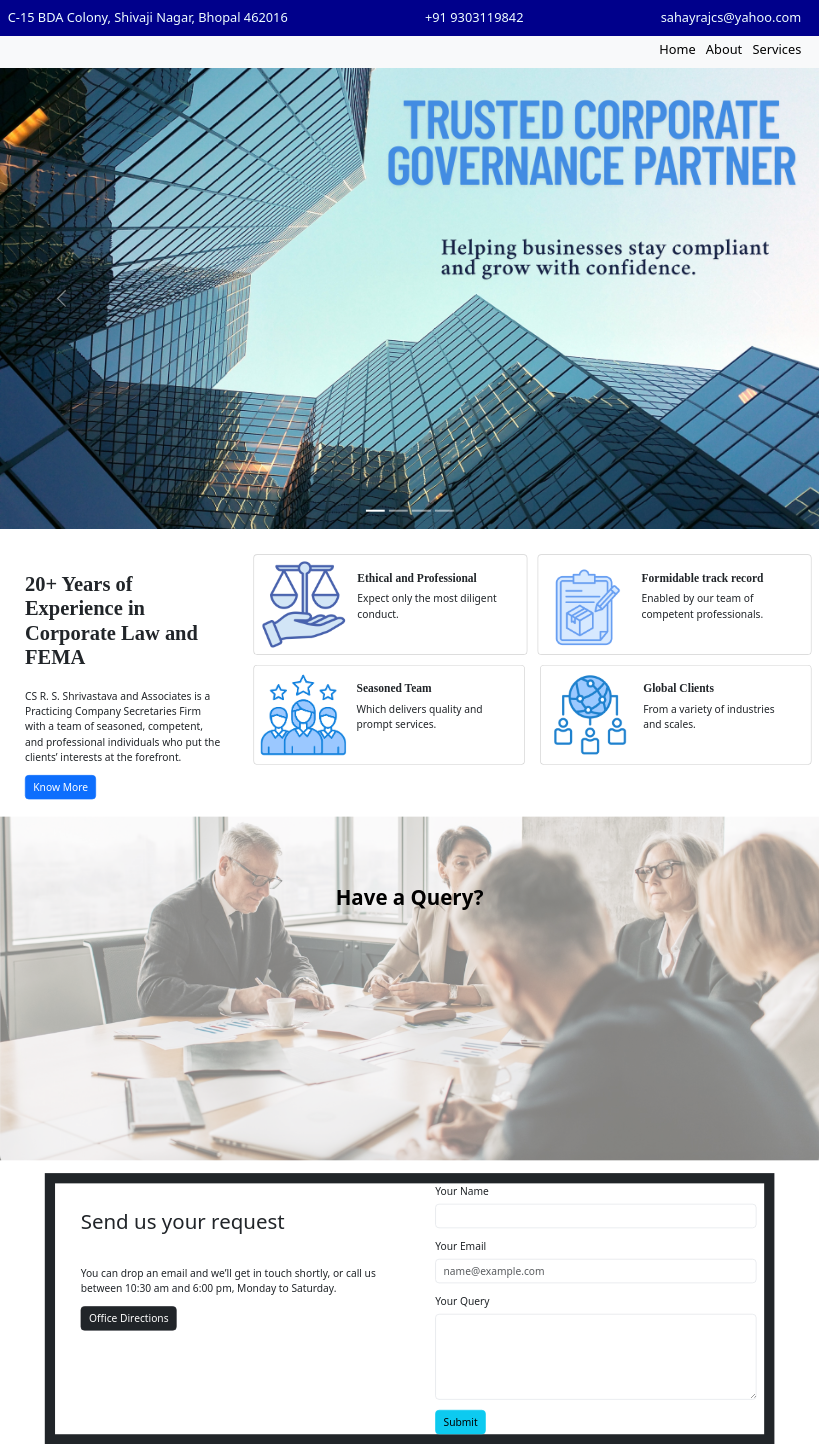
Repository: aayushiss/CS-RSS
Page: index.html
The author's editor kept a copy of each file at every save. The page is drawn from the files as they stood at one save, then again after the next save.
The browser window is 1280 px wide. The pictures show the whole page, at 64% of full size.

Above is the page before, as saved 2025-05-15 19:15:56.

### index.html
<!DOCTYPE html>
<html lang="en">

<head>
  <meta charset="UTF-8">
  <meta name="viewport" content="width=device-width, initial-scale=1.0">
  <title>R. S. Shrivastava</title>
  <link href="https://cdn.jsdelivr.net/npm/bootstrap@5.3.3/dist/css/bootstrap.min.css" rel="stylesheet"
    integrity="sha384-QWTKZyjpPEjISv5WaRU9OFeRpok6YctnYmDr5pNlyT2bRjXh0JMhjY6hW+ALEwIH" crossorigin="anonymous">
  <link rel="stylesheet" type="text/css" href="style.css">
</head>

<body>
  <nav class="navbar fixed-top custom-navbar">
    <div class="container-fluid d-flex justify-content-between">
      <a class="navbar-brand"
        href="https://www.google.com/maps/place/R+S+SHRIVASTAVA+%26+ASSOCIATES/@23.2288499,77.4244091,17z/data=!3m1!4b1!4m6!3m5!1s0x397c425fada83073:0xcb1e8ba90a487f4e!8m2!3d23.228845!4d77.426984!16s%2Fg%2F1td0r8v9?entry=ttu&g_ep=EgoyMDI1MDUxMi4wIKXMDSoASAFQAw%3D%3D"
        target="_blank">C-15 BDA Colony, Shivaji Nagar, Bhopal 462016</a>
      <a class="navbar-brand" href="" tel:+919303119842"">+91 9303119842</a>
      <a class="navbar-brand" href="mailto:sahayrajcs@yahoo.com">sahayrajcs@yahoo.com</a>
    </div>
  </nav>
  <div class="navbar-space"></div>

  <nav class="navbar sticky-top second-navbar bg-light">
    <div class="container-fluid d-flex justify-content-end">
      <a class="navbar-brand" href="#">Home</a>
      <a class="navbar-brand" href="about.html">About</a>
      <a class="navbar-brand" href="#">Services</a>
    </div>
  </nav>

  <!-- <div class="card text-bg-dark custom-card">
        <img src="images/haveAQuery.avif" class="card-img" alt="...">
        <div class="card-img-overlay">
          <h5 class="card-title">Have a Query?</h5>
          <p class="card-text">This is a wider card with supporting text below as a natural lead-in to additional content. This content is a little bit longer.</p>
          <p class="card-text"><small>Last updated 3 mins ago</small></p>
        </div>
      </div> -->

  <div id="carouselExampleCaptions" class="carousel slide">
    <div class="carousel-indicators">
      <button type="button" data-bs-target="#carouselExampleCaptions" data-bs-slide-to="0" class="active"
        aria-current="true" aria-label="Slide 1"></button>
      <button type="button" data-bs-target="#carouselExampleCaptions" data-bs-slide-to="1"
        aria-label="Slide 2"></button>
      <button type="button" data-bs-target="#carouselExampleCaptions" data-bs-slide-to="2"
        aria-label="Slide 3"></button>
      <button type="button" data-bs-target="#carouselExampleCaptions" data-bs-slide-to="3"
        aria-label="Slide 4"></button>
    </div>
    <div class="carousel-inner">
      <div class="carousel-item active">
        <img src="images/Trusted corporate governance partner.png" class="d-block w-100" alt="...">
        <div class="carousel-caption d-none d-md-block">
          <!-- <h5>First slide label</h5>
              <p>Some representative placeholder content for the first slide.</p> -->
        </div>
      </div>
      <div class="carousel-item">
        <img src="images/LegalConsultancy.png" class="d-block w-100" alt="...">
      </div>
      <div class="carousel-item">
        <img src="images/companyIncorporation.png" class="d-block w-100" alt="...">
      </div>
      <div class="carousel-item">
        <img src="images/annualFilingReturn.png" class="d-block w-100" alt="...">
      </div>
    </div>
    <button class="carousel-control-prev" type="button" data-bs-target="#carouselExampleCaptions" data-bs-slide="prev">
      <span class="carousel-control-prev-icon" aria-hidden="true"></span>
      <span class="visually-hidden">Previous</span>
    </button>
    <button class="carousel-control-next" type="button" data-bs-target="#carouselExampleCaptions" data-bs-slide="next">
      <span class="carousel-control-next-icon" aria-hidden="true"></span>
      <span class="visually-hidden">Next</span>
    </button>
  </div>
  <div class="container-fluid" style="margin-top: 40px;">

    <div class="row">
      <div class="col-auto" style="width: 30vw;">
        <div class="card" style="border-color: white;">
          <div class="card-body">
            <h5 class="card-title">20+ Years of
              Experience in Corporate Law and FEMA</h5>
            <p class="card-text" style="padding-top: 20px">CS R. S. Shrivastava and Associates is a Practicing Company
              Secretaries Firm with a team of seasoned, competent, and professional individuals who put the clients’
              interests at the forefront.</p>
            <a href="about.html" class="btn btn-primary">Know More</a>
          </div>
        </div>
      </div>
      <div class="col">
        <div class="row row-cols-2 g-3">
          <div class="col">
            <div class="card mb-3">
              <div class="row g-0">
                <div class="col-md-4">
                  <img src="images/8629542.png" class="img-fluid rounded-start" alt="...">
                </div>
                <div class="col-md-8">
                  <div class="card-body">
                    <h5 class="card-title">Ethical and Professional</h5>
                    <p class="card-text">Expect only the most diligent conduct.</p>
                  </div>
                </div>
              </div>
            </div>
          </div>
          <div class="col">
            <div class="card mb-3">
              <div class="row g-0">
                <div class="col-md-4">
                  <img src="images/16919209.png" class="img-fluid rounded-start" alt="...">
                </div>
                <div class="col-md-8">
                  <div class="card-body">
                    <h5 class="card-title">Formidable track record</h5>
                    <p class="card-text">Enabled by our team of competent professionals.</p>
                  </div>
                </div>
              </div>
            </div>
          </div>
        </div>
        <div class="row">
          <div class="col">
            <div class="card mb-3">
              <div class="row g-0">
                <div class="col-md-4">
                  <img src="images/images.png" class="img-fluid rounded-start" alt="...">
                </div>
                <div class="col-md-8">
                  <div class="card-body">
                    <h5 class="card-title">Seasoned Team
                    </h5>
                    <p class="card-text">Which delivers quality and prompt services.</p>
                  </div>
                </div>
              </div>
            </div>
          </div>
          <div class="col">
            <div class="card mb-3">
              <div class="row g-0">
                <div class="col-md-4">
                  <img src="images/11743537.png" class="img-fluid rounded-start" alt="...">
                </div>
                <div class="col-md-8">
                  <div class="card-body">
                    <h5 class="card-title">Global Clients
                    </h5>
                    <p class="card-text">From a variety of industries and scales.</p>
                  </div>
                </div>
              </div>
            </div>
          </div>
        </div>
      </div>
    </div>
  </div>

  <div class="position-relative text-center">
    <img src="images/haveAQuery.jpg" class="img-fluid" alt="..." style="opacity: .5;">
    <h2 class="position-absolute start-50 translate-middle-x text-black fw-bold" style="top: 20%;">
      Have a Query?
    </h2>
  </div>

  <div class="container-md" style="margin-top: 20px;">
    <div class="row" style="border: 1rem solid;">
      <div class="col" style="padding: 40px;">
        <h2>Send us your request</h2>
        <p style="margin-top: 50px;">
          You can drop an email and we’ll get in touch shortly, or call us between 10:30 am and 6:00 pm, Monday to
          Saturday.
        </p>
        <div class="btn btn-dark">
          <a href="https://www.google.com/maps/place/R+S+SHRIVASTAVA+%26+ASSOCIATES/@23.2288499,77.4244091,17z/data=!3m1!4b1!4m6!3m5!1s0x397c425fada83073:0xcb1e8ba90a487f4e!8m2!3d23.228845!4d77.426984!16s%2Fg%2F1td0r8v9?entry=ttu&g_ep=EgoyMDI1MDUxMi4wIKXMDSoASAFQAw%3D%3D"
            style="color: white; text-decoration: none; padding-top: 20px;" target="_blank">Office Directions</a>
        </div>
      </div>
      <div class="col">
        <div class="mb-3">
          <label for="formControlInput1" class="form-label">Your Name</label>
          <input class="form-control" id="ƒormControlInput1">
        </div>
        <div class="mb-3">
          <label for="formControlTextarea1" class="form-label">Your Email</label>
          <input type="email" class="form-control" id="formControlInput1" placeholder="name@example.com">
        </div>
        <div class="mb-3">
          <label for="formControlTextarea2" class="form-label">Your Query</label>
          <textarea class="form-control" id="exampleFormControlTextarea1" rows="5"></textarea>
        </div>
        <div class="btn btn-info">Submit</div>

        </div>
      </div>
    </div>
  </div>

  <script src="https://cdn.jsdelivr.net/npm/bootstrap@5.3.3/dist/js/bootstrap.bundle.min.js"
    integrity="sha384-YvpcrYf0tY3lHB60NNkmXc5s9fDVZLESaAA55NDzOxhy9GkcIdslK1eN7N6jIeHz"
    crossorigin="anonymous"></script>
</body>

</html>

### style.css
.custom-navbar {
    background-color: darkblue;
}

.custom-navbar .navbar-brand {
    color: azure;
}

.navbar-space {
    margin-top: 50px;
}

.second-navbar .navbar-brand{
    color: black;
}

.custom-card{
    height: 25vh;
}

.custom-card .card-img{
    height: 100%;
    object-fit: cover;
}

.container-fluid .card{
    padding: 10px;
}
.container-fluid .card-title{
font-family: 'Times New Roman', Times, serif;
font-weight: bold;
font-size: xx-large;
}

.container-fluid .col-md-8 .card-title{
font-family: 'Times New Roman', Times, serif;
font-size: large;
}

After the next save:
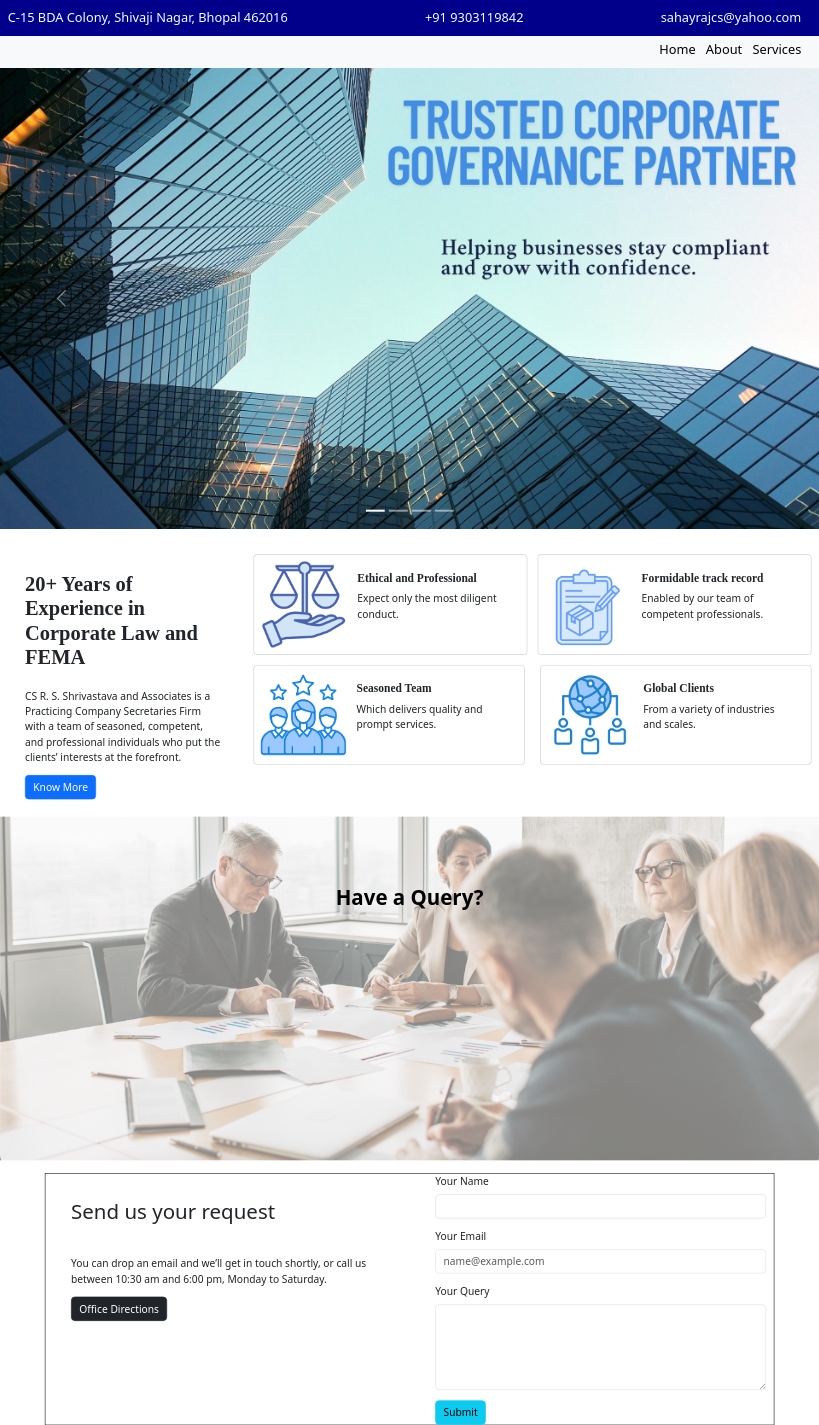
Saved 9 s later.
--- a/index.html
+++ b/index.html
@@ -171,7 +171,7 @@
   </div>
 
   <div class="container-md" style="margin-top: 20px;">
-    <div class="row" style="border: 1rem solid;">
+    <div class="row" style="border: .1rem solid;">
       <div class="col" style="padding: 40px;">
         <h2>Send us your request</h2>
         <p style="margin-top: 50px;">
